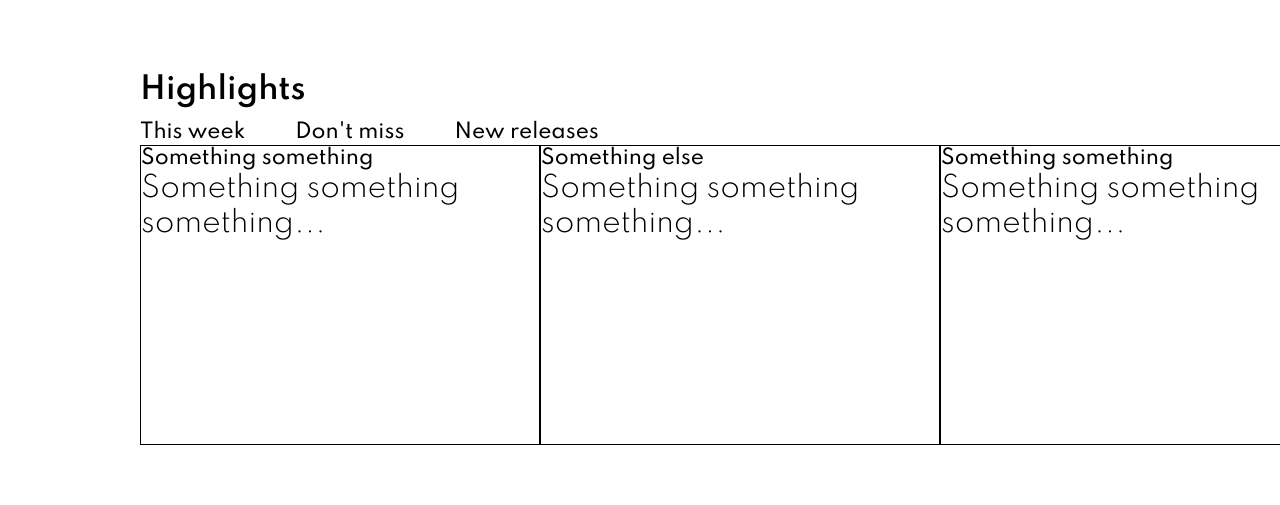
Repository: vvogt/fameworks_vv
Page: /
These files come from the project's save history. The page is drawn as it stood at one moment and after the next save; the edit follows.
The browser window is 1280 px wide. The pictures show the part of the page from y = 607 to 1112 px (the page is 1112 px tall).
Pictures or frames that could not be fetched are drawn as grey boxes. The project was rebuilt for these pictures with package versions that can differ from the ones it lists, and the page was loaded fresh each time. Also part of the build but not shown: src/components/NotFound.js. Imported but missing from the stored project, and not drawn on this page: src/assets/videos/seald_fullhd.mp4.

Above is the page before, as saved 2020-04-10 22:37:55.

### public/index.html
<!DOCTYPE html>
<html lang="en">
  <head>
    <meta charset="utf-8" />
    <link rel="icon" href="%PUBLIC_URL%/favicon.ico" />
    <link href="https://fonts.googleapis.com/css2?family=Spartan:wght@200;300;400;500;531;600;700;800;900&display=swap"
      rel="stylesheet">
    <meta name="viewport" content="width=device-width, initial-scale=1" />
    <meta name="theme-color" content="#000000" />
    <meta
      name="description"
      content="Web site created using create-react-app"
    />
    <!--
      manifest.json provides metadata used when your web app is installed on a
      user's mobile device or desktop. See https://developers.google.com/web/fundamentals/web-app-manifest/
    -->
    <link rel="manifest" href="%PUBLIC_URL%/manifest.json" />
    <!--
      Notice the use of %PUBLIC_URL% in the tags above.
      It will be replaced with the URL of the `public` folder during the build.
      Only files inside the `public` folder can be referenced from the HTML.

      Unlike "/favicon.ico" or "favicon.ico", "%PUBLIC_URL%/favicon.ico" will
      work correctly both with client-side routing and a non-root public URL.
      Learn how to configure a non-root public URL by running `npm run build`.
    -->
  </head>
  <body>
    <noscript>You need to enable JavaScript to run this app.</noscript>
    <div id="root"></div>
    <!--
      This HTML file is a template.
      If you open it directly in the browser, you will see an empty page.

      You can add webfonts, meta tags, or analytics to this file.
      The build step will place the bundled scripts into the <body> tag.

      To begin the development, run `npm start` or `yarn start`.
      To create a production bundle, use `npm run build` or `yarn build`.
    -->
  </body>
</html>

### src/index.js
import React from 'react';
import { render } from 'react-dom';
import './scss/global.scss';
import Router from './components/Router';
import * as serviceWorker from './serviceWorker';

render(<Router />, document.querySelector('#root'));

// If you want your app to work offline and load faster, you can change
// unregister() to register() below. Note this comes with some pitfalls.
// Learn more about service workers: https://bit.ly/CRA-PWA
serviceWorker.unregister();

### src/scss/global.scss
// # SETTINGS
@import 'settings.variables';

// # TOOLS
@import 'tools.mixins';
@import 'tools.units';

// # BASE
@import 'base.normalize';
@import 'base.reset';
@import 'base.body';

//COMPONENTS

@import 'components.header';
@import 'components.hero';
@import 'components.section';

### src/components/Router.js
import React from 'react';
import { BrowserRouter, Route, Switch } from 'react-router-dom';
import Main from './Main';
import NotFound from './NotFound';

const Router = () => (
  <BrowserRouter>
    <Switch>
      <Route exact path="/" component={Main} />
      <Route component={NotFound} />
    </Switch>
  </BrowserRouter>
);

export default Router;

### src/scss/_settings.variables.scss
/* ------------------------------------------
   settings.VARIABLES
------------------------------------------ */

// Fonts
$font: 'Spartan', sans-serif;

$font_btn: rem-calc(15);

// Colors
$black: #000000;
$white: #ffffff;
$orange: #ff5900;
$orange-drkr: #e65000;

// Layout
$gutter: 20px;

// Animations
$transition-in: 0.1s;
$transition-out: 0.3s;

// Box Shadow
$shadow_light: 1px 2px 2px rgba($black, 0.1);
$shadow_dark: 1px 2px 2px rgba($black, 0.2);

// Padding
$padding_lr_1: 240px;
$padding_lr_2: 140px;
$padding_lr_3: 80px;
$padding_lr_4: 20px;

$padding_lr: 20px, 80px, 140px, 240px;

### src/scss/_tools.mixins.scss
/* ------------------------------------------
   tools.MIXINS
------------------------------------------ */

@mixin clearfix() {
  &:before, &:after {
    content: " ";
    display: table;
  }
  &:after {
    clear: both;
  }
}

@mixin un-clearfix() {
  &:before, &:after {
    content: none;
    display: auto;
  }
  &:after {
    clear: none;
  }
}

// Image Replacement

@mixin ir() {
  border: 0;
  font: 0/0 a;
  text-shadow: none;
  color: transparent;
  // background: url(test.png);
  // width: 300px;
  // height: 75px;
}

// Hide only visually, but have it available for screen readers:
// http://snook.ca/archives/html_and_css/hiding-content-for-accessibility

@mixin visuallyhidden() {
    border: 0;
    clip: rect(0 0 0 0);
    height: 1px;
    margin: -1px;
    overflow: hidden;
    padding: 0;
    position: absolute;
    width: 1px;
}


//  ## Media query and orietation mixins
//  ==================================================
//  http://alwaystwisted.com/post.php?s=2013-04-01-my-media-query-mixin


@mixin mq($point, $query1: min, $query2: width) {
  @media screen and (#{$query1}-#{$query2}: strip-unit($point) / 16 +em) {
    @content;
  }
}

@mixin orient($orientation: landscape) {
  @media (orientation : $orientation) {
    @content;
  }
}

@mixin setLRPadding($padding-lr4: 20px, $padding-lr3: 80px, $padding-lr2: 140px, $padding-lr1: 240px) {
  padding-left: $padding-lr4;
  padding-right: $padding-lr4;

   @include mq(600) {
      padding-left: $padding-lr3;
      padding-right: $padding-lr3;
   }

   @include mq(1000) {
      padding-left: $padding-lr2;
      padding-right: $padding-lr2;
   }

   @include mq(1400) {
      padding-left: $padding-lr1;
      padding-right: $padding-lr1;
   }
}

### src/scss/_tools.units.scss
// Foundation for Sites by ZURB
// foundation.zurb.com
// Licensed under MIT Open Source

////
/// @group functions
////

$global-font-size: 100% !default;

// scss-lint:disable ZeroUnit

/// Removes the unit (e.g. px, em, rem) from a value, returning the number only.
///
/// @param {Number} $num - Number to strip unit from.
///
/// @returns {Number} The same number, sans unit.
@function strip-unit($num) {
  @return $num / ($num * 0 + 1);
}

/// Converts one or more pixel values into matching rem values.
///
/// @param {Number|List} $values - One or more values to convert. Be sure to separate them with spaces and not commas. If you need to convert a comma-separated list, wrap the list in parentheses.
/// @param {Number} $base [null] - The base value to use when calculating the `rem`. If you're using Foundation out of the box, this is 16px. If this parameter is `null`, the function will reference the `$base-font-size` variable as the base.
///
/// @returns {List} A list of converted values.
@function rem-calc($values, $base: null) {
  $rem-values: ();
  $count: length($values);

  // If no base is defined, defer to the global font size
  @if $base == null {
    $base: $global-font-size;
  }

  // If the base font size is a %, then multiply it by 16px
  // This is because 100% font size = 16px in most all browsers
  @if unit($base) == '%' {
    $base: ($base / 100%) * 16px;
  }

  @if $count == 1 {
    @return -zf-to-rem($values, $base);
  }

  @for $i from 1 through $count {
    $rem-values: append($rem-values, -zf-to-rem(nth($values, $i), $base));
  }

  @return $rem-values;
}

// Converts a unitless, pixel, or rem value to em, for use in breakpoints.
@function -zf-bp-to-em($value) {
  // Pixel and unitless values are converted to rems
  @if unit($value) == 'px' or unitless($value) {
    $value: rem-calc($value, $base: 16px);
  }

  // Then the value is converted to ems
  @return strip-unit($value) * 1em;
}

/// Converts a pixel value to matching rem value. *Any* value passed, regardless of unit, is assumed to be a pixel value. By default, the base pixel value used to calculate the rem value is taken from the `$global-font-size` variable.
/// @access private
///
/// @param {Number} $value - Pixel value to convert.
/// @param {Number} $base [null] - Base for pixel conversion.
///
/// @returns {Number} A number in rems, calculated based on the given value and the base pixel value. rem values are passed through as is.
@function -zf-to-rem($value, $base: null) {
  // Check if the value is a number
  @if type-of($value) != 'number' {
    @warn inspect($value) + ' was passed to rem-calc(), which is not a number.';
    @return $value;
  }

  // Calculate rem if units for $value is not rem
  @if unit($value) != 'rem' {
    $value: strip-unit($value) / strip-unit($base) * 1rem;
  }

  // Turn 0rem into 0
  @if $value == 0rem {
    $value: 0;
  }

  @return $value;
}

### src/scss/_base.normalize.scss
/* ------------------------------------------
   settings.NORMALIZE
------------------------------------------ */

/*! normalize.css v4.1.1 | MIT License | github.com/necolas/normalize.css */

/**
 * 1. Change the default font family in all browsers (opinionated).
 * 2. Prevent adjustments of font size after orientation changes in IE and iOS.
 */

 html {
  font-family: sans-serif; /* 1 */
  -ms-text-size-adjust: 100%; /* 2 */
  -webkit-text-size-adjust: 100%; /* 2 */
}

/**
 * Remove the margin in all browsers (opinionated).
 */

body {
  margin: 0;
}

/* HTML5 display definitions
   ========================================================================== */

/**
 * Add the correct display in IE 9-.
 * 1. Add the correct display in Edge, IE, and Firefox.
 * 2. Add the correct display in IE.
 */

article,
aside,
details, /* 1 */
figcaption,
figure,
footer,
header,
main, /* 2 */
menu,
nav,
section,
summary { /* 1 */
  display: block;
}

/**
 * Add the correct display in IE 9-.
 */

audio,
canvas,
progress,
video {
  display: inline-block;
}

/**
 * Add the correct display in iOS 4-7.
 */

audio:not([controls]) {
  display: none;
  height: 0;
}

/**
 * Add the correct vertical alignment in Chrome, Firefox, and Opera.
 */

progress {
  vertical-align: baseline;
}

/**
 * Add the correct display in IE 10-.
 * 1. Add the correct display in IE.
 */

template, /* 1 */
[hidden] {
  display: none;
}

/* Links
   ========================================================================== */

/**
 * 1. Remove the gray background on active links in IE 10.
 * 2. Remove gaps in links underline in iOS 8+ and Safari 8+.
 */

a {
  background-color: transparent; /* 1 */
  -webkit-text-decoration-skip: objects; /* 2 */
}

/**
 * Remove the outline on focused links when they are also active or hovered
 * in all browsers (opinionated).
 */

a:active,
a:hover {
  outline-width: 0;
}

/* Text-level semantics
   ========================================================================== */

/**
 * 1. Remove the bottom border in Firefox 39-.
 * 2. Add the correct text decoration in Chrome, Edge, IE, Opera, and Safari.
 */

abbr[title] {
  border-bottom: none; /* 1 */
  text-decoration: underline; /* 2 */
  text-decoration: underline dotted; /* 2 */
}

/**
 * Prevent the duplicate application of `bolder` by the next rule in Safari 6.
 */

b,
strong {
  font-weight: inherit;
}

/**
 * Add the correct font weight in Chrome, Edge, and Safari.
 */

b,
strong {
  font-weight: bolder;
}

/**
 * Add the correct font style in Android 4.3-.
 */

dfn {
  font-style: italic;
}

/**
 * Correct the font size and margin on `h1` elements within `section` and
 * `article` contexts in Chrome, Firefox, and Safari.
 */

h1 {
  font-size: 2em;
  margin: 0.67em 0;
}

/**
 * Add the correct background and color in IE 9-.
 */

mark {
  background-color: #ff0;
  color: #000;
}

/**
 * Add the correct font size in all browsers.
 */

small {
  font-size: 80%;
}

/**
 * Prevent `sub` and `sup` elements from affecting the line height in
 * all browsers.
 */

sub,
sup {
  font-size: 75%;
  line-height: 0;
  position: relative;
  vertical-align: baseline;
}

sub {
  bottom: -0.25em;
}

sup {
  top: -0.5em;
}

/* Embedded content
   ========================================================================== */

/**
 * Remove the border on images inside links in IE 10-.
 */

img {
  border-style: none;
}

/**
 * Hide the overflow in IE.
 */

svg:not(:root) {
  overflow: hidden;
}

/* Grouping content
   ========================================================================== */

/**
 * 1. Correct the inheritance and scaling of font size in all browsers.
 * 2. Correct the odd `em` font sizing in all browsers.
 */

code,
kbd,
pre,
samp {
  font-family: monospace, monospace; /* 1 */
  font-size: 1em; /* 2 */
}

/**
 * Add the correct margin in IE 8.
 */

figure {
  margin: 1em 40px;
}

/**
 * 1. Add the correct box sizing in Firefox.
 * 2. Show the overflow in Edge and IE.
 */

hr {
  box-sizing: content-box; /* 1 */
  height: 0; /* 1 */
  overflow: visible; /* 2 */
}

/* Forms
   ========================================================================== */

/**
 * 1. Change font properties to `inherit` in all browsers (opinionated).
 * 2. Remove the margin in Firefox and Safari.
 */

button,
input,
select,
textarea {
  font: inherit; /* 1 */
  margin: 0; /* 2 */
}

/**
 * Restore the font weight unset by the previous rule.
 */

optgroup {
  font-weight: bold;
}

/**
 * Show the overflow in IE.
 * 1. Show the overflow in Edge.
 */

button,
input { /* 1 */
  overflow: visible;
}

/**
 * Remove the inheritance of text transform in Edge, Firefox, and IE.
 * 1. Remove the inheritance of text transform in Firefox.
 */

button,
select { /* 1 */
  text-transform: none;
}

/**
 * 1. Prevent a WebKit bug where (2) destroys native `audio` and `video`
 *    controls in Android 4.
 * 2. Correct the inability to style clickable types in iOS and Safari.
 */

button,
html [type="button"], /* 1 */
[type="reset"],
[type="submit"] {
  -webkit-appearance: button; /* 2 */
}

/**
 * Remove the inner border and padding in Firefox.
 */

button::-moz-focus-inner,
[type="button"]::-moz-focus-inner,
[type="reset"]::-moz-focus-inner,
[type="submit"]::-moz-focus-inner {
  border-style: none;
  padding: 0;
}

/**
 * Restore the focus styles unset by the previous rule.
 */

button:-moz-focusring,
[type="button"]:-moz-focusring,
[type="reset"]:-moz-focusring,
[type="submit"]:-moz-focusring {
  outline: 1px dotted ButtonText;
}

/**
 * Change the border, margin, and padding in all browsers (opinionated).
 */

fieldset {
  border: 1px solid #c0c0c0;
  margin: 0 2px;
  padding: 0.35em 0.625em 0.75em;
}

/**
 * 1. Correct the text wrapping in Edge and IE.
 * 2. Correct the color inheritance from `fieldset` elements in IE.
 * 3. Remove the padding so developers are not caught out when they zero out
 *    `fieldset` elements in all browsers.
 */

legend {
  box-sizing: border-box; /* 1 */
  color: inherit; /* 2 */
  display: table; /* 1 */
  max-width: 100%; /* 1 */
  padding: 0; /* 3 */
  white-space: normal; /* 1 */
}

/**
 * Remove the default vertical scrollbar in IE.
 */

textarea {
  overflow: auto;
}

/**
 * 1. Add the correct box sizing in IE 10-.
 * 2. Remove the padding in IE 10-.
 */

[type="checkbox"],
[type="radio"] {
  box-sizing: border-box; /* 1 */
  padding: 0; /* 2 */
}

/**
 * Correct the cursor style of increment and decrement buttons in Chrome.
 */

[type="number"]::-webkit-inner-spin-button,
[type="number"]::-webkit-outer-spin-button {
  height: auto;
}

/**
 * 1. Correct the odd appearance in Chrome and Safari.
 * 2. Correct the outline style in Safari.
 */

[type="search"] {
  -webkit-appearance: textfield; /* 1 */
  outline-offset: -2px; /* 2 */
}

/**
 * Remove the inner padding and cancel buttons in Chrome and Safari on OS X.
 */

[type="search"]::-webkit-search-cancel-button,
[type="search"]::-webkit-search-decoration {
  -webkit-appearance: none;
}

/**
 * Correct the text style of placeholders in Chrome, Edge, and Safari.
 */

::-webkit-input-placeholder {
  color: inherit;
  opacity: 0.54;
}

/**
 * 1. Correct the inability to style clickable types in iOS and Safari.
 * 2. Change font properties to `inherit` in Safari.
 */

::-webkit-file-upload-button {
  -webkit-appearance: button; /* 1 */
  font: inherit; /* 2 */
}

### src/scss/_base.reset.scss
/* ------------------------------------------
  generic.RESET
------------------------------------------ */

* {
  box-sizing: border-box;
}

img,
iframe {
  max-width: 100%;
  height: auto;
}

h1,h2,h3,h4,h5,h6,
p,blockquote,pre,
dl,dd,ol,ul,
form,fieldset,legend,
table,th,td,caption,
hr,figure {
  margin:0;
  padding:0;
}

li {
  list-style: none;
}

::selection {

}

### src/scss/_base.body.scss
body {
  font-family: $font;
  font-size: rem-calc(14);
  line-height: rem-calc(18);
  font-weight: 400;
  color: $black;
  background-color: $white;
  margin: 0px;
  padding: 0px;
}

p {
  font-family: $font;
  font-size: rem-calc(20);
  line-height: rem-calc(26);
  color: $black;
  font-weight: 355;

  @include mq(350) {
    font-size: rem-calc(24);
    line-height: rem-calc(30);
  }

  @include mq(1000) {
    font-size: rem-calc(28);
    line-height: rem-calc(35);
  }
}

a {
  color: $black;
  text-decoration: none;

  &:hover {
    text-decoration: none;
    color: $white;
  }
}

h1,
h2,
h3,
h4,
h5 {
  font-weight: 500;
}

h1 {
  font-weight: 1000;
  font-size: rem-calc(35);
  line-height: rem-calc(43);

  @include mq(750) {
    font-size: rem-calc(45);
    line-height: rem-calc(55);
  }

  @include mq(950) {
    font-size: rem-calc(60);
    line-height: rem-calc(70);
  }

  @include mq(1100) {
    font-size: rem-calc(70);
    line-height: rem-calc(82);
  }

}

h2 {
  font-size: rem-calc(36);
  line-height: rem-calc(40);
  font-weight: 600;
  color: $black;

  @include mq(700) {
    font-size: rem-calc(46);
    line-height: rem-calc(50);
  }

  @include mq(1000) {
    font-size: rem-calc(56);
    line-height: rem-calc(60);
  }


}

h2+p {
  margin-top: 20px;

  @include mq(1000) {
    margin-top: 45px;
  }
}

h3 {
  font-size: rem-calc(20);
  line-height: rem-calc(25);
}

h4 {
  font-size: rem-calc(18);
  line-height: rem-calc(21);
}

h5 {
  font-size: rem-calc(14);
  line-height: rem-calc(18);
}

.wrapper {
  width: 100%;
  margin: 0 auto;
  background-color: $white;
  overflow: hidden;
}

### src/scss/_components.header.scss
.header {
   background-color: $orange;
   width: 100%;
   display: flex;
   flex-direction: column;
   color: white;

   &__main {
      height: 55px;
      width: 100%;
      display: flex;
      flex-direction: row;
      justify-content: space-between;
      align-items: center;
      padding-left: $padding-lr_4;
      padding-right: $padding-lr_4;

      @include mq(400) {
         height: 68.3px;
      }

      @include mq(500) {
         height: 81.6px;
      }

      @include setLRPadding($padding_lr);

      .logo {
         font-weight: 800;
         font-size: rem-calc(20);
         letter-spacing: rem-calc(-1.5);

         @include mq(400) {

         }

         @include mq(500) {

         }

         @include mq(600) {
            font-size: rem-calc(40);
         }
      }

      &__right {
         display: flex;
         flex-direction: row;
         flex-wrap: nowrap;
         align-items: center;
         justify-content: right;
         display: flex;

         @include mq(770) {
            width: 340px;
         }

         @include mq(1000) {
            width: 440px;
         }

         input {
            width: 220px;
            height: 42.5px;
            border-radius: 4px;
            box-shadow: inset 0 0 20px rgba(0,0,0,0.1);
            background-color: $orange-drkr;
            border: 1px solid;
            border-color: rgba(0,0,0,0.1);
            color: $white;
            padding: 0px 15px;
            line-height: 1;
            padding: .75em 1em;
            font-weight: 300;
            transition: background-color 0.2s ease-in;

            @include mq(1000) {
               width: 320px;
            }

            &:focus {
               outline: none;
               background-color: darken($orange-drkr, 5%);
               transition: background-color 0.1s ease-in;

            }
         }

         .search-icon {
            width: 20px;
            height: 20px;
         }

         .login {
            display: flex;
            flex-direction: row;
            flex-wrap: nowrap;
            align-items: center;
            font-weight: 800;
            margin-left: 20px;
            white-space: nowrap;

            img {
               position: relative;
               width: 30px;
               height: 30px;

               @include mq(770) {
                  top: -3px;
                  width: 20px;
                  height: 20px;
                  margin-left: 0px;
                  margin-right: 5px;
               }
            }

            span {
               display: none;

               @include mq(770) {
                  display: inline;
               }
            }
         }

         .search-icon {
            display: inline;
            width: 30px;
            height: 30px;

            @include mq(770) {
               display: none;
            }
         }

         input {
            display: none;

            @include mq(770) {
               display: inline;
            }
         }
      }
   }

   &__nav {
      height: 55px;
      border-top: 1px $white solid;
      border-color: rgba(255, 255, 255, 0.5);
      padding-left: $padding-lr_4;
      overflow: scroll;
      -ms-overflow-style: none;  // IE 10+
      overflow: -moz-scrollbars-none;  // Firefox

      &::-webkit-scrollbar {
         display: none;
      }

      @include mq(600) {
         padding-left: $padding-lr_3;
      }

      @include mq(1000) {
         padding-left: $padding-lr_2;
      }

      @include mq(1400) {
         padding-left: $padding-lr_1;
      }

      ul {
         font-weight: 800;
         display: flex;
         flex-direction: row;
         width: 1000px;
         height: 100%;
         justify-content: space-between;
         align-items: center;
      }
   }
}

### src/scss/_components.hero.scss
.hero {
   background-color: rgb(104, 104, 104);
   height: 300px;
   position: relative;

   @include setLRPadding();

   @include mq(750) {
      height: calc(100vh - 250px);
   }

   &__content {
      position: absolute;
      z-index: 2;
      margin-top: 200px;
      margin-bottom: 200px;

      h1, p {
         color: $white;
      }

      p {
         width: 70%;
      }
   }

   &__bgVideo {
      position: absolute;
      object-fit: cover;
      left: 0;
      right: 0;
      width: 100%;
      height: 100%;
      background-position: center;
   }
}

### src/scss/_components.section.scss
.section_highlights {
   padding-top: rem-calc(60);
   padding-bottom: rem-calc(60);
   @include setLRPadding($padding_lr);

   .articlePreviews {
      ul {
         display: flex;
         flex-direction: row;
         flex-wrap: none;
      }
   }

   .articlePreview {
      width: 400px;
      height: 300px;
      border: 1px solid black;

      &__image {
         width: 100%;
         height: rem-calc(100);
         background-color: rgb(109, 109, 109);
      }
   }

   .categoryTabs {
      width: 100%;

      ul {
         display: flex;
         flex-direction: row;
         -ms-flex-align: left;

         li {
            padding-right: 50px;
         }
      }
   }

   h2 {
      font-size: rem-calc(30);
   }
}

### src/components/Hero.js
import React from 'react';



class Hero extends React.Component {
  insertBreak = text => {
    let lines = text.split("<br>");
    return (
      <span key={lines[0]}>
        {lines[0]} <br key={lines[0]} /> {lines[1]}
      </span>
    );
  };

  render() {
    const title = this.props.title;
    const text = this.props.text;
    const video = this.props.bgVideo;

    return (
      <div className="hero">
        <div className="hero__content">
          <h1>{this.insertBreak(title)}</h1>
          <p>{text}</p>
        </div>
        <video className="hero__bgVideo" autoPlay muted loop>
          <source src={video} type="video/mp4" />
        </video>
      </div>
    );
  }
}

export default Hero;

Loaded but not shown: src/serviceWorker.js (common file); src/components/Main.js (142 lines, source omitted); src/components/Section.js (90 lines, source omitted); src/components/Header.js (46 lines, source omitted)

After the next save:
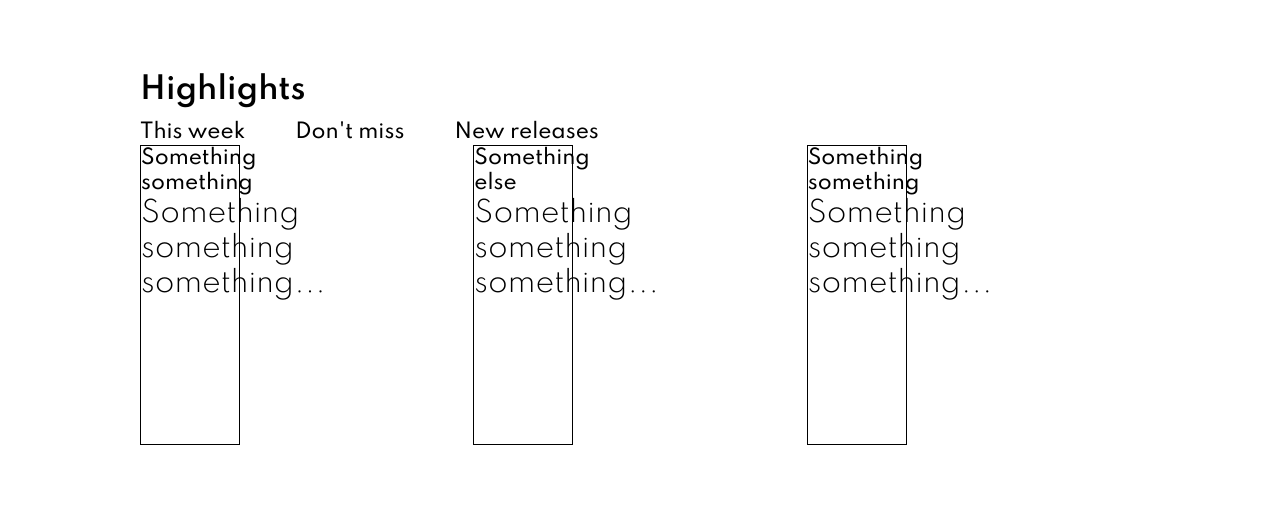
Saved 53 s later.
--- a/src/scss/_components.section.scss
+++ b/src/scss/_components.section.scss
@@ -12,7 +12,7 @@
    }
 
    .articlePreview {
-      width: 400px;
+      width: 30%;
       height: 300px;
       border: 1px solid black;
 

After the save that followed:
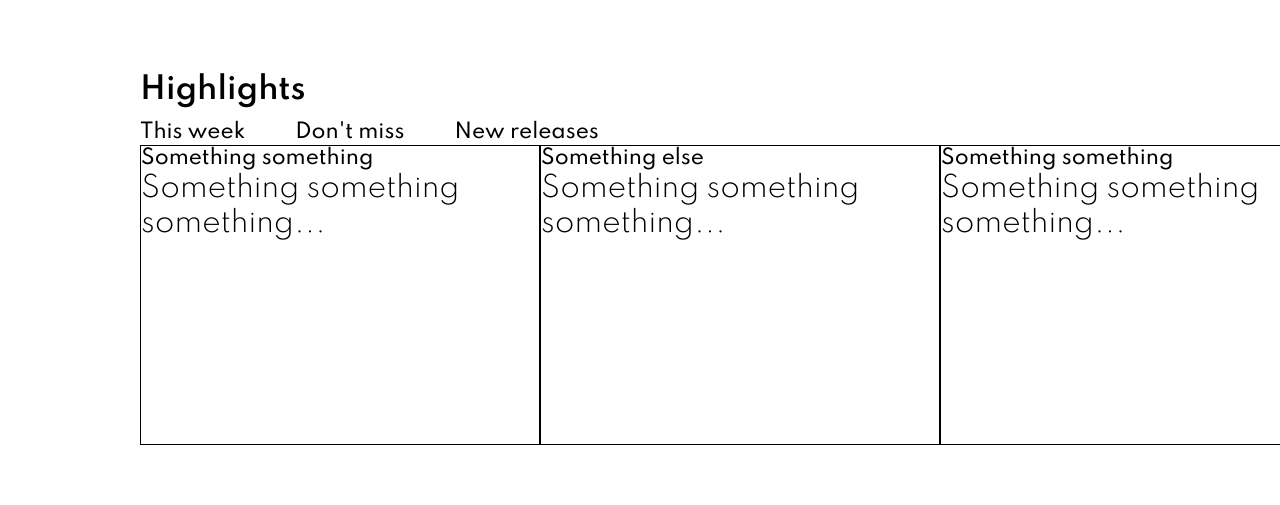
Saved 14 s later.
--- a/src/scss/_components.section.scss
+++ b/src/scss/_components.section.scss
@@ -12,7 +12,7 @@
    }
 
    .articlePreview {
-      width: 30%;
+      width: 400px;
       height: 300px;
       border: 1px solid black;
 
